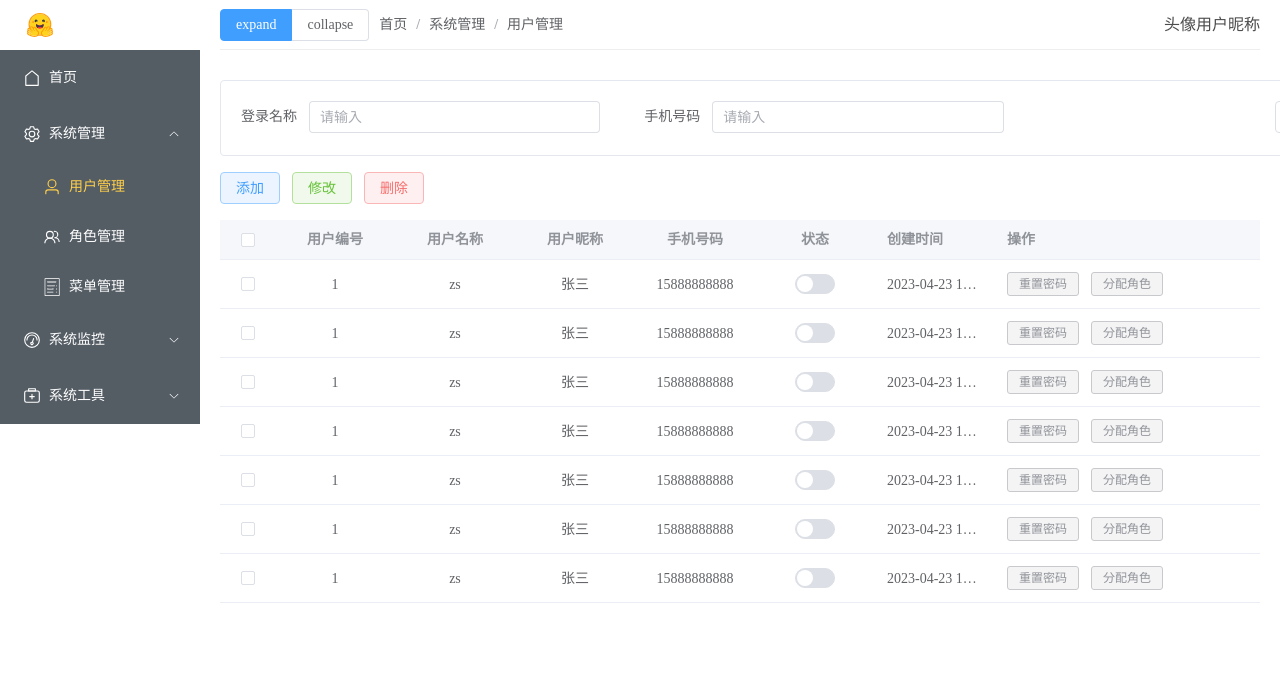
Repository: 202100202078/SignInBox
Page: /admin/system/user
The author's editor kept a copy of each file at every save. The page is drawn from the files as they stood at one save, then again after the next save.
The browser window is 1280 px wide. The pictures show the whole page.
The project was rebuilt for these pictures with package versions that can differ from the ones it lists, and the page was loaded fresh each time. Also part of the build but not shown: vite.config.js, src/components/FilterLayout.vue, src/components/PageFooter.vue, src/components/TableLayout.vue, src/components/ToolTip.vue, src/assets/fonts/iconfont/iconfont.js, src/assets/style/variables.module.scss.

Above is the page before, as saved 2024-01-30 11:47:45.

### src/main.js
import { createApp } from 'vue'
import '@/assets/style/base.scss'
import pinia from '@/stores/index'
import App from './App.vue'
import router from './router'
import ElementPlus from 'element-plus'
import 'element-plus/dist/index.css'
import '@/assets/fonts/iconfont/iconfont.css'
import '@/assets/fonts/iconfont/iconfont.js'
import * as ElementPlusIconsVue from '@element-plus/icons-vue'

const app = createApp(App)
for (const [key, component] of Object.entries(ElementPlusIconsVue)) {
  app.component(key, component)
}
app.use(ElementPlus)
app.use(pinia)
app.use(router)

app.mount('#app')

### src/assets/style/base.scss
* {
  margin: 0px;
  padding: 0px;
  box-sizing: border-box;
}

.icon {
  width: 1em;
  height: 1em;
  vertical-align: -0.15em;
  fill: currentColor;
  overflow: hidden;
}

.el-menu {
  border:0!important;
}

ul {
  list-style:none;
}

li {
  list-style-type:none;
}

a {
	text-decoration: none; /* 去除默认的下划线 */
	outline: none;	/* 去除旧版浏览器的点击后的外虚线框 */
	color: #000;	/* 去除默认的颜色和点击后变化的颜色 */
}

// 阿里字体图标设置
.icon, .iconfont {
  font-family:"iconfont" !important;
  font-size:16px;
  font-style:normal;
  -webkit-font-smoothing: antialiased;
  -webkit-text-stroke-width: 0.2px;
  -moz-osx-font-smoothing: grayscale;
}

### src/stores/index.js
//将pinia相关代码整合至此
import { createPinia } from 'pinia'
import persist from 'pinia-plugin-persistedstate'

const pinia = createPinia()
pinia.use(persist)

export default pinia

export * from './modules/user'

### src/assets/fonts/iconfont/iconfont.css
@font-face {
  font-family: "iconfont"; /* Project id 4345534 */
  src: url('iconfont.woff2?t=1703642635456') format('woff2'),
       url('iconfont.woff?t=1703642635456') format('woff'),
       url('iconfont.ttf?t=1703642635456') format('truetype');
}

.iconfont {
  font-family: "iconfont" !important;
  font-size: 16px;
  font-style: normal;
  -webkit-font-smoothing: antialiased;
  -moz-osx-font-smoothing: grayscale;
}

.icon-yunyingbaobiao:before {
  content: "\e620";
}

.icon-jiekou1:before {
  content: "\e694";
}

.icon-jiaoseguanli:before {
  content: "\e618";
}

.icon-dingshirenwu:before {
  content: "\e651";
}

.icon-daimashengcheng:before {
  content: "\e636";
}

.icon-a-Icon-line-hamburger-right1x:before {
  content: "\e84c";
}

.icon-a-Icon-line-hamburger-left1x:before {
  content: "\e84d";
}

.icon-a-shujujiankong2:before {
  content: "\e628";
}

.icon-a-zaixianyonghu2:before {
  content: "\e629";
}

.icon-shouqi:before {
  content: "\e6b8";
}

.icon-xiala:before {
  content: "\e6b9";
}

.icon-gantanhao-quan:before {
  content: "\e70f";
}

.icon-yuandianxiao:before {
  content: "\e757";
}

.icon-duihao:before {
  content: "\eaf1";
}

.icon-fuzhi:before {
  content: "\ec7a";
}

.icon-shuaxin:before {
  content: "\e8b9";
}

.icon-shezhi:before {
  content: "\e642";
}

.icon-midutu:before {
  content: "\e749";
}

.icon-wodedingdan:before {
  content: "\e655";
}

.icon-admin-manage:before {
  content: "\e60e";
}

.icon-xiaolian:before {
  content: "\e8ab";
}

.icon-chongzhi:before {
  content: "\e60b";
}

.icon-jiekou:before {
  content: "\e607";
}

.icon-4_square_solid:before {
  content: "\e64d";
}

.icon-1_square_solid:before {
  content: "\e64e";
}

.icon-5_square_solid:before {
  content: "\e64c";
}

.icon-3_square_solid:before {
  content: "\e64f";
}

.icon-2_square_solid:before {
  content: "\e650";
}

### src/stores/modules/user.js
import { defineStore } from 'pinia'
import { ref } from 'vue'

export const useUserStore = defineStore(
  'interface-user',
  () => {
    //用户标识
    const token = ref('1234')
    const setToken = (t) => {
      token.value = t
    }
    return {
      token,
      setToken
    }
  },
  {
    persist: true,
    key: 'interface-token',
    paths: ['token']
  }
)

### src/views/admin/layout/SystemPage.vue
<script setup>
import { ref } from 'vue'
import { useRouter, useRoute } from 'vue-router'
import { onMounted } from 'vue'
import { useUserStore } from '@/stores/modules/user.js'
import MySlider from './conponents/MySlider.vue'
const userStore = useUserStore()
const route = useRoute()
const router = useRouter()
// 控制侧边栏是否折叠
const isCollapse = ref(false)
// 记录当前侧边栏
const activeIndex = ref('')

const handleAvatarCommand = async (command) => {
  //如果是退出登录需要清除本地用户信息
  // console.log('清除本地用户信息')
  if (command === '/login') {
    await ElMessageBox.confirm('你确认退出登录吗？', '温馨提示', {
      type: 'warning',
      confirmButtonText: '确认',
      cancelButtonText: '取消'
    })
    userStore.setToken('')
    // userStore.setUser({})
    // router.push(`/login`)
  } else {
    // router.push(`/user/${command}`)
  }
  router.push(command)
}

// Tab标签相关
// let tabIndex = 2
// const editableTabsValue = ref('2')
// const editableTabs = ref([
//   {
//     title: 'Tab 1',
//     name: '1',
//     content: 'Tab 1 content'
//   },
//   {
//     title: 'Tab 2',
//     name: '2',
//     content: 'Tab 2 content'
//   }
// ])

// const handleTabsEdit = (targetName, action) => {
//   if (action === 'add') {
//     const newTabName = `${++tabIndex}`
//     editableTabs.value.push({
//       title: 'New Tab',
//       name: newTabName,
//       content: 'New Tab content'
//     })
//     editableTabsValue.value = newTabName
//   } else if (action === 'remove') {
//     const tabs = editableTabs.value
//     let activeName = editableTabsValue.value
//     if (activeName === targetName) {
//       tabs.forEach((tab, index) => {
//         if (tab.name === targetName) {
//           const nextTab = tabs[index + 1] || tabs[index - 1]
//           if (nextTab) {
//             activeName = nextTab.name
//           }
//         }
//       })
//     }

//     editableTabsValue.value = activeName
//     editableTabs.value = tabs.filter((tab) => tab.name !== targetName)
//   }
// }

onMounted(() => {
  // 页面刷新使得侧边栏为当前激活路由
  activeIndex.value = route.path
})
</script>

<template>
  <div class="system-layout">
    <el-container style="height: 100%">
      <MySlider :isCollapse="isCollapse" :activeIndex="activeIndex"></MySlider>
      <el-container>
        <el-header>
          <div class="header-top">
            <div class="header-top-left">
              <el-radio-group v-model="isCollapse" class="collapseBtns">
                <el-radio-button :label="false">expand</el-radio-button>
                <el-radio-button :label="true">collapse</el-radio-button>
              </el-radio-group>
              <el-breadcrumb separator="/">
                <el-breadcrumb-item
                  v-for="(item, index) in $route.meta.breadInfo"
                  :key="index"
                  >{{ item }}</el-breadcrumb-item
                >
              </el-breadcrumb>
            </div>
            <div class="header-top-right">
              <el-dropdown @command="handleAvatarCommand">
                <span class="el-dropdown-link">
                  <span>头像</span>
                  <span>用户昵称</span>
                </span>
                <template #dropdown>
                  <el-dropdown-menu>
                    <el-dropdown-item command="/home/user"
                      >个人中心</el-dropdown-item
                    >
                    <el-dropdown-item command="/login"
                      >退出登录</el-dropdown-item
                    >
                  </el-dropdown-menu>
                </template>
              </el-dropdown>
            </div>
          </div>
          <!-- <div class="header-bottom">
            <el-tabs
              v-model="editableTabsValue"
              type="card"
              editable
              class="my-tabs"
              @edit="handleTabsEdit"
            >
              <el-tab-pane label="首页" :closeable="false">32444444444444</el-tab-pane>
              <el-tab-pane
                v-for="item in editableTabs"
                :key="item.name"
                :label="item.title"
                :name="item.name"
              >
                {{ item.content }}
              </el-tab-pane>
            </el-tabs>
          </div> -->
        </el-header>
        <el-main>
          <router-view></router-view>
        </el-main>
      </el-container>
    </el-container>
  </div>
</template>

<style lang="scss" scoped>
.system-layout {
  height: 100vh;

  .header-top {
    height: 50px;
    display: flex;
    justify-content: space-between;
    align-items: center;
    border-bottom: 1px solid #eee;
    .header-top-left {
      display: flex;
      align-items: center;
      .collapseBtns {
        margin-right: 10px;
      }
    }
    .header-top-right {
      margin-left: 6px;
      display: flex;
      align-items: center;
      font-size: 16px;
      border-radius: 6px;
      height: 56px;
      line-height: 56px;
      &:hover {
        background-color: rgba(0, 0, 0, 0.1);
        color: rgba(0, 0, 0, 1);
        transition: color 0.3s;
      }
      .el-dropdown {
        :deep(:focus-visible) {
          outline: none;
        }
        .el-dropdown-link {
          cursor: pointer;
          color: rgba(0, 0, 0, 0.7);
          font-size: 16px;
          display: flex;
          align-items: center;
        }
      }
    }
  }
}

</style>

### src/views/admin/system/UserManagement.vue
<script setup>
import MyDialog from './components/MyDialog.vue'
import FilterForm from './components/FilterForm.vue'
import { ref } from 'vue'

//筛选表单的显示隐藏
const isShow = ref(true)
// const params = ref({})
// 一个响应式对象存储整个筛选表单的数据(默认显示的两个item需要父子双向绑定)

// 时间选择器
const datePicker = ref('')

const status = ref('')
const statusOptions = [
  {
    value: 'Option1',
    label: '正常'
  },
  {
    value: 'Option2',
    label: '停用'
  }
]

const handleReset = () => {
  console.log('reset')
}
const handleQuery = () => {
  console.log('query')
}
const handleTrigger = () => {
  // console.log('trigger')
  isShow.value = !isShow.value
}

// 渲染的表格
const tableData = [
  {
    userId: 1,
    uname: 'zs',
    nickName: '张三',
    phone: '15888888888',
    state: false,
    createDate: '2023-04-23 16:11:38'
  },
  {
    userId: 1,
    uname: 'zs',
    nickName: '张三',
    phone: '15888888888',
    state: false,
    createDate: '2023-04-23 16:11:38'
  },
  {
    userId: 1,
    uname: 'zs',
    nickName: '张三',
    phone: '15888888888',
    state: false,
    createDate: '2023-04-23 16:11:38'
  },
  {
    userId: 1,
    uname: 'zs',
    nickName: '张三',
    phone: '15888888888',
    state: false,
    createDate: '2023-04-23 16:11:38'
  },
  {
    userId: 1,
    uname: 'zs',
    nickName: '张三',
    phone: '15888888888',
    state: false,
    createDate: '2023-04-23 16:11:38'
  },
  {
    userId: 1,
    uname: 'zs',
    nickName: '张三',
    phone: '15888888888',
    state: false,
    createDate: '2023-04-23 16:11:38'
  },
  {
    userId: 1,
    uname: 'zs',
    nickName: '张三',
    phone: '15888888888',
    state: false,
    createDate: '2023-04-23 16:11:38'
  }
]

const multipleTableRef = ref()
const multipleSelection = ref([])

const handleSelectionChange = (val) => {
  multipleSelection.value = val
}

// dialog组件ref
const myDialogRef = ref()
// dialog的标题
const dialogTitle = ref('添加用户')

const addUserFn = () => {
  dialogTitle.value = '添加用户'
  myDialogRef.value.open()
}
const editUserFn = () => {
  dialogTitle.value = '修改用户'
  myDialogRef.value.open()
}
const delUserFn = () => {
  dialogTitle.value = '系统提示'
  myDialogRef.value.open()
}

// dialog表单
const formModel = ref({
  nickName: '',
  phone: '',
  email: '',
  uname: '',
  password: false,
  role: '',
  gender: '',
  status: '',
  desc: ''
})

const rules = {}
</script>

<template>
  <MyDialog :title="dialogTitle" ref="myDialogRef">
    <template #form>
      <el-form
        :model="formModel"
        label-width="80px"
        label-position="left"
        :rules="rules"
      >
        <el-form-item label="用户昵称">
          <el-input v-model="formModel.nickName" />
        </el-form-item>
        <el-form-item label="手机号码">
          <el-input v-model="formModel.phone" />
        </el-form-item>
        <el-form-item label="邮箱">
          <el-input v-model="formModel.email" />
        </el-form-item>
        <el-form-item label="用户名称">
          <el-input v-model="formModel.uname" />
        </el-form-item>
        <el-form-item label="用户密码">
          <el-input v-model="formModel.password" type="password" />
        </el-form-item>
        <el-form-item label="用户性别">
          <el-select v-model="formModel.gender" placeholder="请选择性别">
            <el-option label="男" value="1" />
            <el-option label="女" value="2" />
            <el-option label="未知" value="3" />
          </el-select>
        </el-form-item>
        <el-form-item label="角色">
          <el-select v-model="form.role" placeholder="请选择角色">
            <el-option label="普通角色" value="normal" />
          </el-select>
        </el-form-item>
        <el-form-item label="状态">
          <el-radio-group v-model="form.status">
            <el-radio label="正常" />
            <el-radio label="停用" />
          </el-radio-group>
        </el-form-item>
        <el-form-item label="备注">
          <el-input
            v-model="form.desc"
            type="textarea"
            placeholder="请输入内容"
          />
        </el-form-item>
      </el-form>
    </template>
  </MyDialog>
  <div class="user-managemant-page">
    <FilterForm>
      <el-form-item label="登录名称">
        <el-input placeholder="请输入"></el-input>
      </el-form-item>
      <el-form-item label="手机号码">
        <el-input placeholder="请输入"></el-input>
      </el-form-item>
    </FilterForm>
    <div class="user-managemant-page-btns">
      <el-button plain type="primary" @click="addUserFn">添加</el-button>
      <el-button plain type="success" @click="editUserFn">修改</el-button>
      <el-button plain type="danger" @click="delUserFn">删除</el-button>
    </div>
    <el-table
      :ref="multipleTableRef"
      :data="tableData"
      style="width: 100%"
      @selection-change="handleSelectionChange"
      :header-cell-style="{
        background: '#F5F7FA',
        color: '#909399'
      }"
    >
      <el-table-column align="center" type="selection" width="55" />
      <el-table-column
        align="center"
        property="userId"
        label="用户编号"
        width="120"
      />
      <el-table-column
        align="center"
        property="uname"
        label="用户名称"
        width="120"
      />
      <el-table-column
        align="center"
        property="nickName"
        label="用户昵称"
        width="120"
      />
      <el-table-column
        align="center"
        property="phone"
        label="手机号码"
        width="120"
      />
      <el-table-column align="center" label="状态" width="120">
        <template #default="scope">
          <el-switch v-model="scope.row.state" />
        </template>
      </el-table-column>
      <el-table-column
        property="createDate"
        label="创建时间"
        width="120"
        show-overflow-tooltip
      />
      <el-table-column label="操作" show-overflow-tooltip>
        <template #default="scope">
          <el-button size="small" type="info" plain>重置密码</el-button>
          <el-button size="small" type="info" plain>分配角色</el-button>
        </template>
      </el-table-column>
    </el-table>
  </div>
</template>

<style lang="scss" scoped>
.user-managemant-page {
  .el-form-item {
    width: 30%;
    .el-select {
      width: 100%;
    }
  }
  .user-managemant-page-btns {
    margin-bottom: 16px;
  }
}
</style>

### src/views/admin/layout/conponents/MySlider.vue
<script setup>
import variables from '@/assets/style/variables.module.scss'
defineProps({
  isCollapse: {
    type: Boolean,
    required: true
  },
  activeIndex: {
    type: String,
    required: true
  }
})
// console.log(prop)
</script>

<template>
  <el-aside
    width="200px"
    :style="{ width: isCollapse ? '64px' : '200px' }"
    class="el-aside"
  >
    <div
      :style="{
        backgroundColor: variables.menuBackground
      }"
      class="system-layout-aside"
    >
      <div
        class="logo-show"
        :style="{
          'padding-top': isCollapse ? '16px' : '0',
          transition: '1.5s'
        }"
      >
        <a @click="$router.replace('/admin/index')">
          <img src="@/assets/avg/logo.svg" alt="logo" class="logo" />
          <h1
            class="title"
            :style="{
              opacity: isCollapse ? 0 : 1,
              transition: '0.5s',
              color: isCollapse ? '#545c64' : '#fff'
            }"
          >
            API-BOX管理系统
          </h1>
        </a>
      </div>
      <el-menu
        active-text-color="#ffd04b"
        background-color="#545c64"
        class="el-menu-vertical-demo"
        :default-active="activeIndex"
        text-color="#fff"
        @open="handleOpen"
        @close="handleClose"
        :collapse="isCollapse"
        :unique-opened="true"
        router
      >
        <el-menu-item index="/admin/index">
          <el-icon><House /></el-icon>
          <span>首页</span>
        </el-menu-item>
        <el-sub-menu index="2">
          <template #title>
            <el-icon><Setting /></el-icon>
            <span>系统管理</span>
          </template>
          <el-menu-item index="/admin/system/user">
            <el-icon><User /></el-icon>
            <span>用户管理</span>
          </el-menu-item>
          <el-menu-item index="/admin/system/role">
            <svg class="icon" aria-hidden="true">
              <use xlink:href="#icon-jiaoseguanli"></use>
            </svg>
            <span>角色管理</span>
          </el-menu-item>
          <el-menu-item index="/admin/system/menu">
            <svg class="icon" aria-hidden="true">
              <use xlink:href="#icon-yunyingbaobiao"></use>
            </svg>
            <span>菜单管理</span>
          </el-menu-item>
        </el-sub-menu>
        <el-sub-menu index="3">
          <template #title>
            <el-icon><Odometer /></el-icon>
            <span>系统监控</span>
          </template>
          <el-menu-item index="3-1">
            <svg class="icon" aria-hidden="true">
              <use xlink:href="#icon-a-zaixianyonghu2"></use>
            </svg>
            <span>在线用户</span>
          </el-menu-item>
          <el-menu-item index="3-2">
            <svg class="icon" aria-hidden="true">
              <use xlink:href="#icon-dingshirenwu"></use>
            </svg>
            <span>定时任务</span>
          </el-menu-item>
          <el-menu-item index="3-3">
            <svg class="icon" aria-hidden="true">
              <use xlink:href="#icon-a-shujujiankong2"></use>
            </svg>
            <span>数据监控</span>
          </el-menu-item>
        </el-sub-menu>
        <el-sub-menu index="4">
          <template #title>
            <el-icon><FirstAidKit /></el-icon>
            <span>系统工具</span>
          </template>
          <el-menu-item index="4-1">
            <svg class="icon" aria-hidden="true">
              <use xlink:href="#icon-yunyingbaobiao"></use>
            </svg>
            <span>表单构建</span>
          </el-menu-item>
          <el-menu-item index="4-3">
            <svg class="icon" aria-hidden="true">
              <use xlink:href="#icon-jiekou1"></use>
            </svg>
            <span>系统接口</span>
          </el-menu-item>
        </el-sub-menu>
      </el-menu>
    </div>
  </el-aside>
</template>

<style scoped lang="scss">
.el-aside {
  transition: all 0.5s;
}
.system-layout-aside {
  height: 100%;
  .logo-show {
    height: 50px;
    text-align: center;
    cursor: pointer;
    .logo {
      margin-right: 4px;
      width: 28px;
      vertical-align: middle;
    }
    .title {
      display: inline-block;
      font-size: 14px;
      line-height: 50px;
      font-weight: 600;
      vertical-align: middle;
      color: #fff;
    }
  }
}
.icon {
  vertical-align: middle;
  margin-right: 5px;
  width: 24px;
  text-align: center;
  font-size: 18px;
  color: #fff;
}
</style>

### src/views/admin/system/components/MyDialog.vue
<script setup>
import { ref } from 'vue'
const dialogFormVisible = ref(false)

const props = defineProps({
  title: String
})

const open = () => {
  dialogFormVisible.value = true
}

const confirm = () => {
  // 关闭dialog
  dialogFormVisible.value = false
  // 根据title的不同向父级发送不同命令
  if (props.title === '添加菜单') {
    emit('onAddConfirm')
  } else if (props.title === '编辑菜单') {
    emit('onEditConfirm')
  } else if (props.title === '添加子菜单') {
    emit('onAddChildConfirm')
  }
}

const emit = defineEmits(['onAddConfirm', 'onEditConfirm', 'onAddChildConfirm'])

defineExpose({
  open
})
</script>

<template>
  <el-dialog v-model="dialogFormVisible" :title="title" align-center>
    <slot name="form"> </slot>
    <template #footer>
      <span class="dialog-footer">
        <el-button @click="dialogFormVisible = false">Cancel</el-button>
        <el-button type="primary" @click="confirm"> Confirm </el-button>
      </span>
    </template>
  </el-dialog>
</template>

### src/views/admin/system/components/FilterForm.vue
<script setup>
defineProps({
  label1: String,
  label2: String,
  defaultShow1: {
    type: Boolean,
    default: true
  },
  defaultShow2: {
    type: Boolean,
    default: true
  },
  isShow: Boolean,
  showCollapse: Boolean
})
const emit = defineEmits(['reset', 'query', 'trigger'])
//暴露重置方法和查询方法以及展开
const reset = () => {
  //获取form对象重置数据即可
  //通知父级reset数据
  emit('reset')
}
const query = () => {
  //通知父级进行发请求筛选数据
  emit('query')
}
const trigger = () => {
  //通知父级进行表单的展示/隐藏
  emit('trigger')
}
// defineExpose({
//   reset,
//   query,
//   trigger
// })
</script>

<template>
  <div class="filter-card">
    <el-card shadow="never" :body-style="{ 'padding-bottom': '4px' }">
      <el-form :inline="true">
        <slot></slot>
        <el-form-item class="btns">
          <el-button @click="reset">重置</el-button>
          <el-button type="primary" @click="query">查询</el-button>
          <span class="trigger" @click="trigger" v-if="showCollapse"
            >展开
            <span
              :class="{
                iconfont: true,
                'icon-xiala': !isShow,
                'icon-shouqi': isShow
              }"
            ></span
          ></span>
        </el-form-item>
      </el-form>
    </el-card>
  </div>
</template>

<style lang="scss" scoped>
.filter-card {
  margin-bottom: 16px;
  width: 1240px;
  .el-form {
    display: flex;
    justify-content: space-between;
    align-items: center;
    flex-wrap: wrap;
    .el-form-item {
      width: 30%;
      .el-select {
        width: 100%;
      }
    }
    .btns {
      :deep .el-form-item__content {
        display: flex;
        justify-content: flex-end;
        .trigger {
          margin-left: 12px;
          color: #409eff;
          cursor: pointer;
          transition: all 0.3s;
          &:hover {
            color: #79bbff;
          }
        }
      }
    }
  }
}
</style>

Loaded but not shown: index.html (common file); src/App.vue (common file); src/router/index.js (128 lines, source omitted)

After the next save:
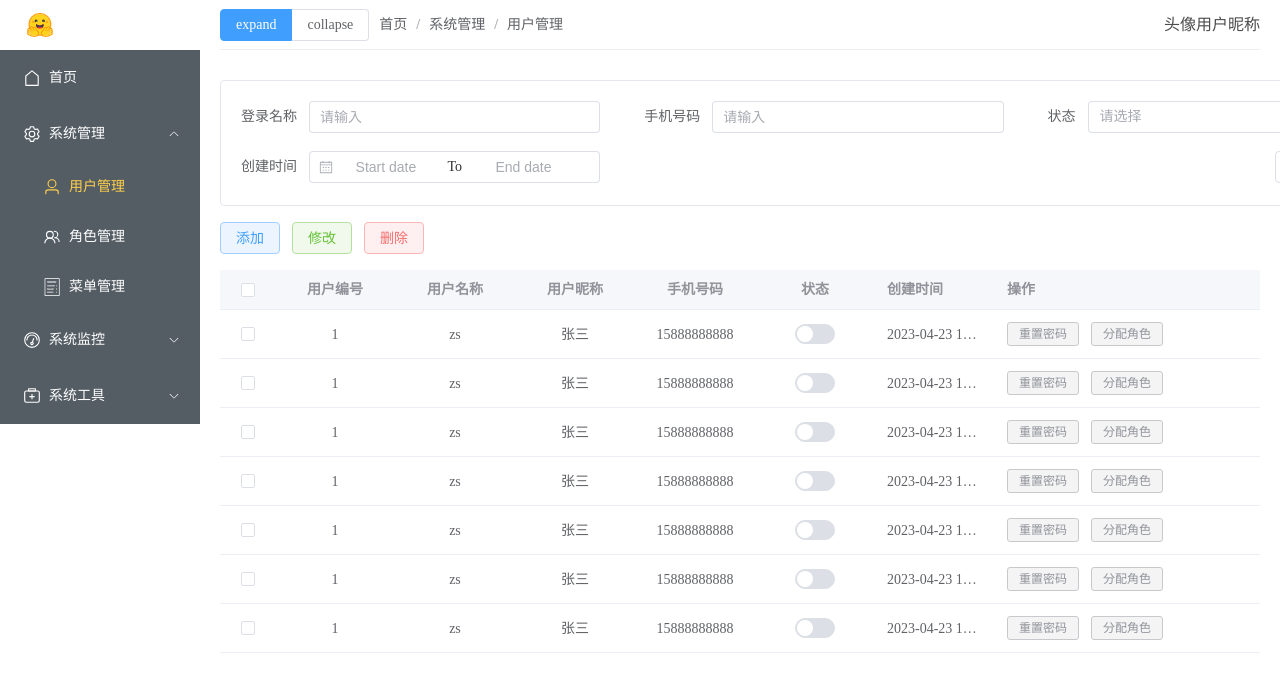
Saved 33 s later.
--- a/src/views/admin/system/UserManagement.vue
+++ b/src/views/admin/system/UserManagement.vue
@@ -194,6 +194,25 @@ const rules = {}
       </el-form-item>
       <el-form-item label="手机号码">
         <el-input placeholder="请输入"></el-input>
+      </el-form-item>
+      <el-form-item label="状态" v-show="isShow">
+        <el-select v-model="status" placeholder="请选择">
+          <el-option
+            v-for="item in statusOptions"
+            :key="item.value"
+            :label="item.label"
+            :value="item.value"
+          />
+        </el-select>
+      </el-form-item>
+      <el-form-item label="创建时间" v-show="isShow">
+        <el-date-picker
+          v-model="datePicker"
+          type="daterange"
+          range-separator="To"
+          start-placeholder="Start date"
+          end-placeholder="End date"
+        />
       </el-form-item>
     </FilterForm>
     <div class="user-managemant-page-btns">
